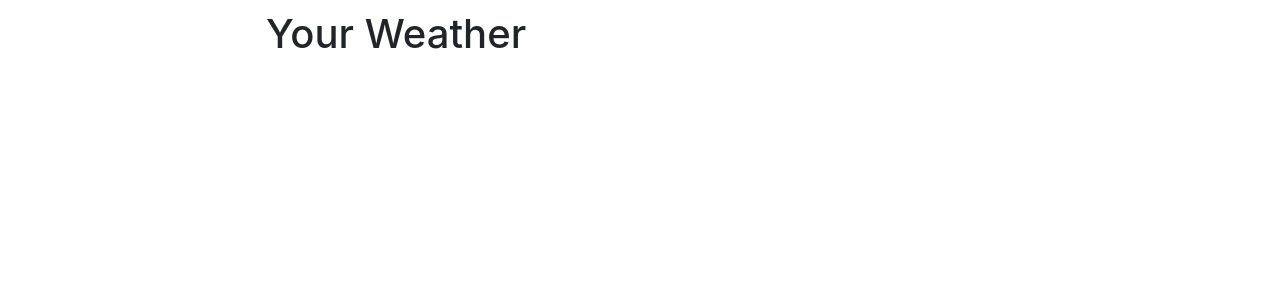
Repository: Mf948/YourWeather
Page: index.html
The author's editor kept a copy of each file at every save. The page is drawn from the files as they stood at one save, then again after a run of saves.
The browser window is 1280 px wide. The pictures show the whole page.

Above is the page before, as saved 2020-12-14 19:16:36.

### index.html
<!DOCTYPE html>
<html lang="en">
<head>
    <meta charset="UTF-8">
    <meta name="viewport" content="width=device-width, initial-scale=1.0">
    <title>Your Weather</title>
 <link rel="stylesheet" href="Style.css">
 <link rel="stylesheet" href="https://maxcdn.bootstrapcdn.com/bootstrap/4.0.0/css/bootstrap.min.css" integrity="sha384-Gn5384xqQ1aoWXA+058RXPxPg6fy4IWvTNh0E263XmFcJlSAwiGgFAW/dAiS6JXm" crossorigin="anonymous">

</head>
<body>
    <div class="navtitle">
        <h1>Your Weather</h1>
    </div>

</body>
</html>

### Style.css
.navtitle {
    margin: auto;
    width: 60%;
    padding: 10px;
background-color:
}

After the next 5 saves:
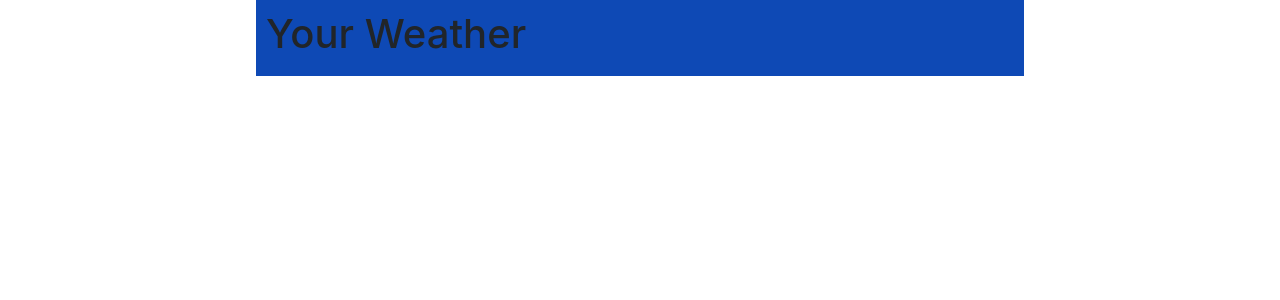
The 5 saves are shown as one change because they came seconds apart.
The last was saved 26 s later.
--- a/Style.css
+++ b/Style.css
@@ -2,5 +2,5 @@
     margin: auto;
     width: 60%;
     padding: 10px;
-background-color:
+background-color:#0e49b5;
 }
